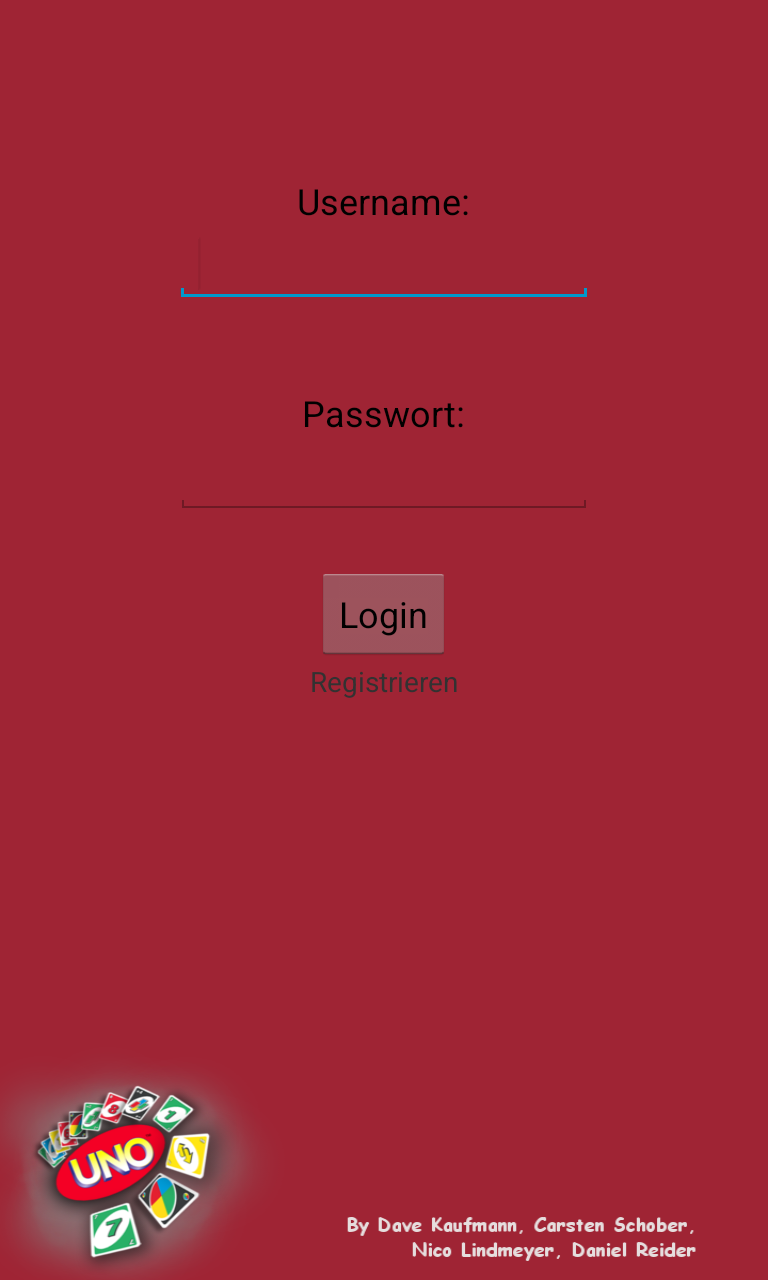
Repository: Nico321/UNO
Layout: UnoAndroid/res/layout/login_view.xml
An editor plug-in stored every save of this project. The layout is shown before and after the next save, followed by the edit.
It is drawn on a 768 x 1280 px phone screen (xhdpi) without system bars, with theme AppTheme; the app's code is not run.

Above is the layout before, as saved 2014-06-23 18:17:10.

### UnoAndroid/res/layout/login_view.xml
<?xml version="1.0" encoding="utf-8"?>
<RelativeLayout xmlns:android="http://schemas.android.com/apk/res/android"
    android:id="@+id/RelativeLayout1"
    android:layout_width="match_parent"
    android:layout_height="match_parent"
    android:layout_margin="20dp"
    android:orientation="vertical" >

    <TextView
        android:id="@+id/createServerServernameTextView"
        android:layout_width="wrap_content"
        android:layout_height="wrap_content"
        android:layout_alignParentTop="true"
        android:layout_centerHorizontal="true"
        android:layout_marginTop="88dp"
        android:text="@string/login_username"
        android:textAppearance="?android:attr/textAppearanceMedium" />

    <EditText
        android:id="@+id/loginUsernameEdittext"
        android:layout_width="wrap_content"
        android:layout_height="wrap_content"
        android:layout_below="@+id/createServerServernameTextView"
        android:layout_centerHorizontal="true"
        android:ems="10"
        android:inputType="textPersonName" >

        <requestFocus />
    </EditText>

    <TextView
        android:id="@+id/userPass"
        android:layout_width="wrap_content"
        android:layout_height="wrap_content"
        android:layout_below="@+id/loginUsernameEdittext"
        android:layout_centerHorizontal="true"
        android:layout_marginTop="42dp"
        android:text="@string/login_Pass"
        android:textAppearance="?android:attr/textAppearanceMedium" />

    <EditText
        android:id="@+id/loginpassEdittext"
        android:layout_width="wrap_content"
        android:layout_height="wrap_content"
        android:layout_below="@+id/userPass"
        android:layout_centerHorizontal="true"
        android:ems="10"
        android:inputType="textPassword" />

    <Button
        android:id="@+id/loginBtn"
        android:layout_width="wrap_content"
        android:layout_height="wrap_content"
        android:layout_below="@+id/loginpassEdittext"
        android:layout_centerHorizontal="true"
        android:layout_marginTop="25dp"
        android:text="@string/login_Btn" />

    <TextView
        android:id="@+id/loginRegisterTextView"
        android:layout_width="wrap_content"
        android:layout_height="wrap_content"
        android:layout_below="@+id/loginBtn"
        android:layout_centerHorizontal="true"
        android:clickable="true"
        android:onClick="onClick"
        android:text="@string/login_Register" />

    <TextView
        android:id="@+id/skipTextView"
        android:layout_width="wrap_content"
        android:layout_height="wrap_content"
        android:layout_alignParentBottom="true"
        android:layout_alignParentRight="true"
        android:clickable="true"
        android:onClick="onClick"
        android:text="        " />



</RelativeLayout>

### UnoAndroid/res/values/strings.xml
<?xml version="1.0" encoding="utf-8"?>
<resources>

    <string name="app_name">Uno</string>
    <string name="hello_world">Hello world!</string>
    <string name="action_settings">Settings</string>
    <string name="welcome_TextView">Willkommen bei UNO</string>
    <string name="createServer_btn">Spiel erstellen</string>
    <string name="joinServer_btn">Spiel beitreten</string>
    <string name="settings_btn">Einstellungen</string>
    <string name="quitGame_btn">Spiel beenden</string>
    <string name="joinServer_welcomeTextview">Hier kannst du einem Spiel betireten</string>
    <string name="JoinServer_prevbtn">Zurück</string>
    <string name="login_Pass">Passwort:</string>
    <string name="login_Register">Registrieren</string>
    <string name="login_Btn">Login</string>
    <string name="register_Btn">Registrieren</string>
    <string name="pass_confirm">Passwort wiederholen:</string>
    <string name="login_username">Username:</string>
    <string name="createServer_serverName">Servername:</string>
    <string name="createServer_startServer">Server starten</string>
    <string name="about">Über</string>
    <string name="friendList_btn">Freundesliste</string>
    <string name="friendListRefreshbtn">Aktualisieren</string>
    <string name="friendListAddFriend">Freund hinzufügen</string>
    <string name="newGameHostHeadline">Dein Spiel</string>
    <string name="newGameHostListView">Mitspieler in deinem Spiel:</string>
    <string name="newGameHostStartGamebtn">Spiel starten!</string>
    <string name="joinServerHeadLine">Spiel beitreten</string>
    <string name="joinServerListHeader">Verfügbare Spiele:</string>
    <string name="newGamePlayerHeadline">Spiel</string>
    <string name="newGamePlayerListTextView">Mitspieler in diesem Spiel:</string>
    <string name="highscore_btn">Highscore</string>
    <string name="highscoreHeadline">HighScore</string>


</resources>

Loaded but not shown: UnoAndroid/res/values/styles.xml (common file); UnoAndroid/res/values-v11/styles.xml (common file); UnoAndroid/res/values-v14/styles.xml (common file)

After the next save:
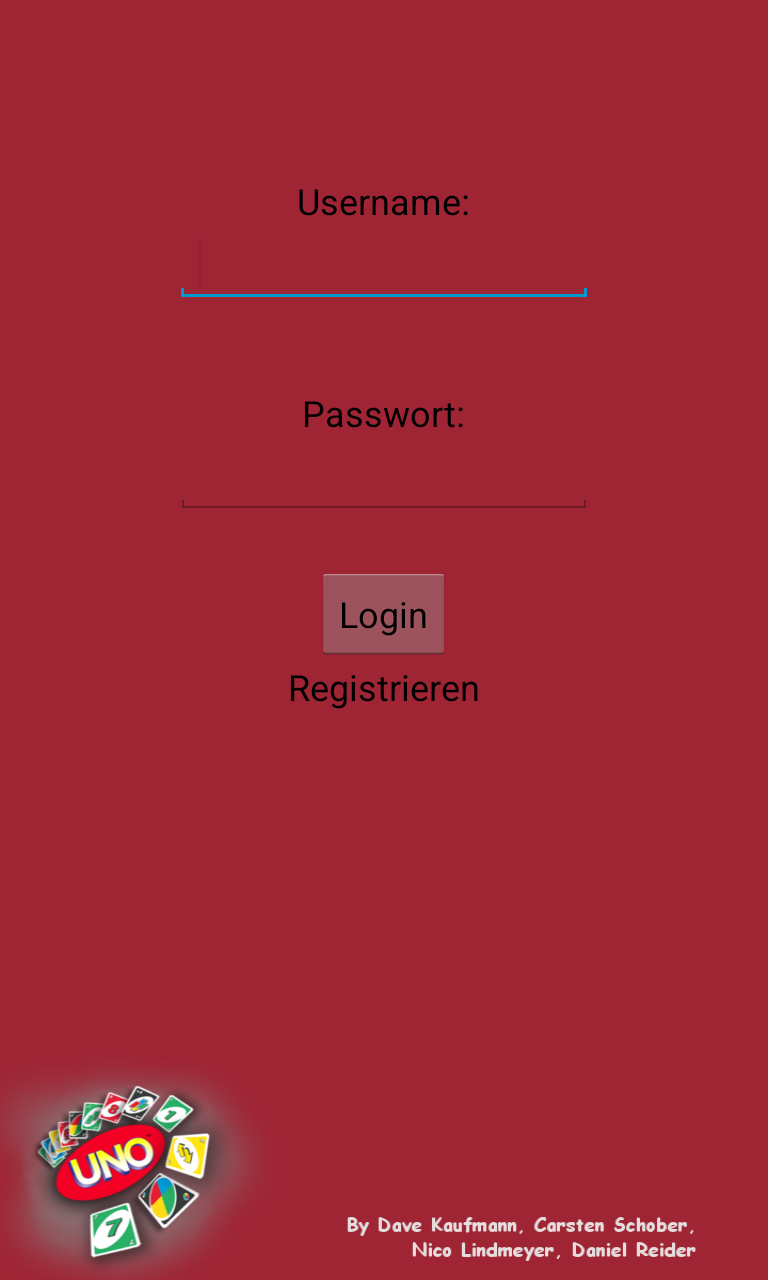
Saved 45 s later.
--- a/UnoAndroid/res/layout/login_view.xml
+++ b/UnoAndroid/res/layout/login_view.xml
@@ -64,6 +64,7 @@
         android:layout_centerHorizontal="true"
         android:clickable="true"
         android:onClick="onClick"
+        android:textAppearance="?android:attr/textAppearanceMedium"
         android:text="@string/login_Register" />
 
     <TextView
